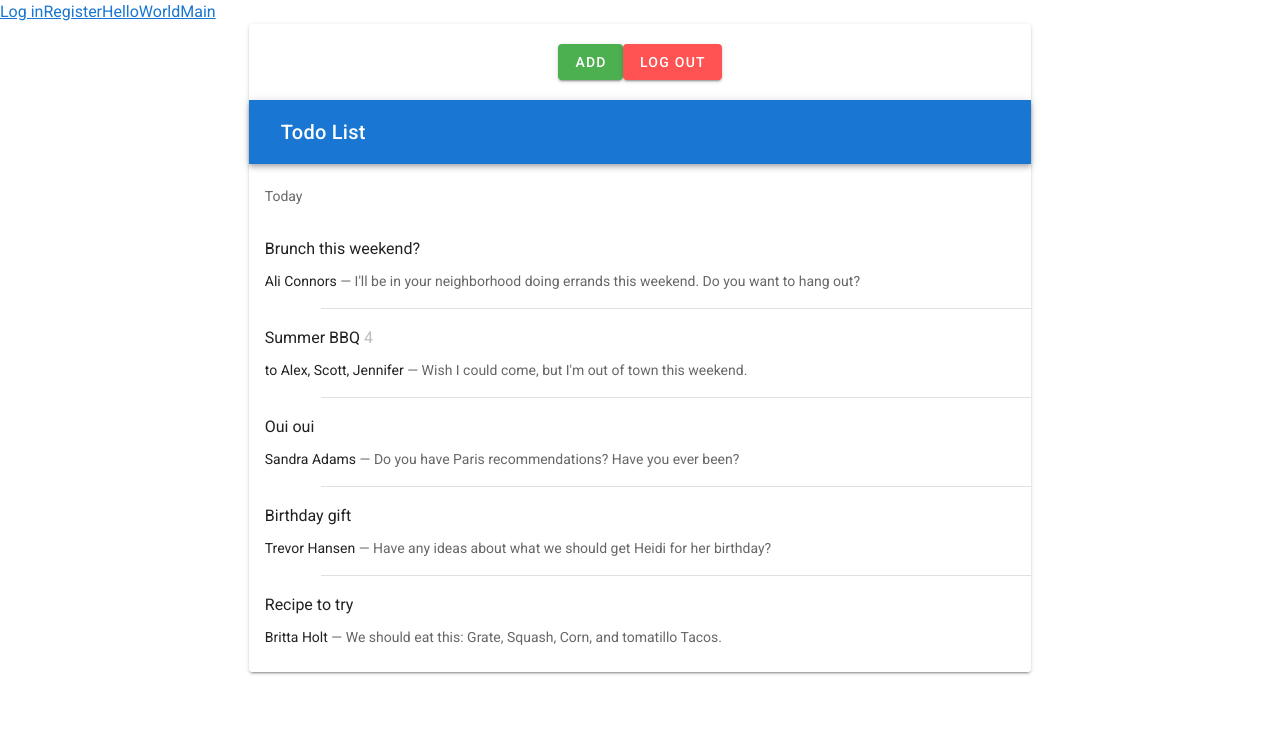
Repository: pao741/vue-todo
Page: /
These files come from the project's save history. The page is drawn as it stood at one moment and after the next save; the edit follows.
The browser window is 1280 px wide. The pictures show the whole page.
The project was rebuilt for these pictures with package versions that can differ from the ones it lists, and the page was loaded fresh each time. Also part of the build but not shown: vue.config.js, src/components/Login.vue, src/components/Register.vue, src/components/HelloWorld.vue.

Above is the page before, as saved 2021-02-11 13:12:54.

After the next save:
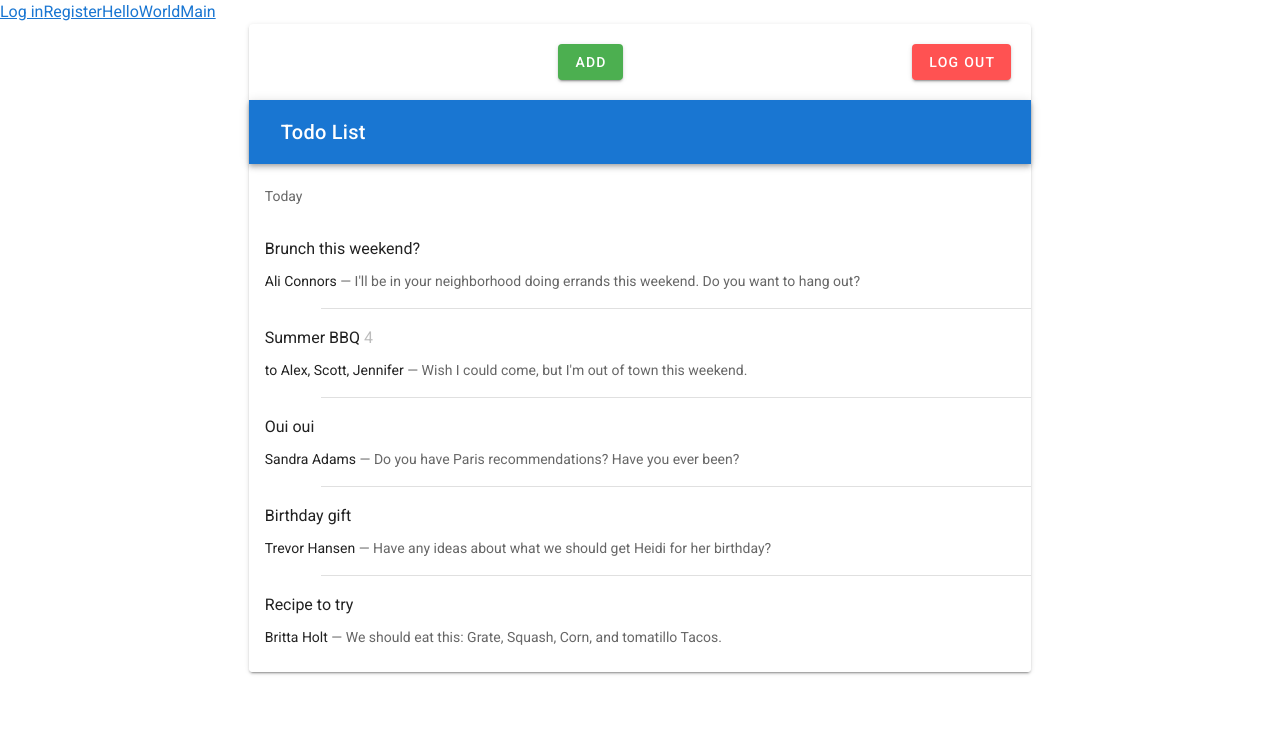
Saved 4 s later.
--- a/src/components/Main.vue
+++ b/src/components/Main.vue
@@ -30,7 +30,12 @@
     </div>
     <v-card class="mx-auto">
       <v-row justify="center" class="ma-5">
-        <v-btn justify="center" color="success" @click="adding = true">
+        <v-btn
+          class="mx-auto"
+          justify="center"
+          color="success"
+          @click="adding = true"
+        >
           Add
         </v-btn>
         <v-btn justify="center" color="error" @click="logOut">Log out</v-btn>
